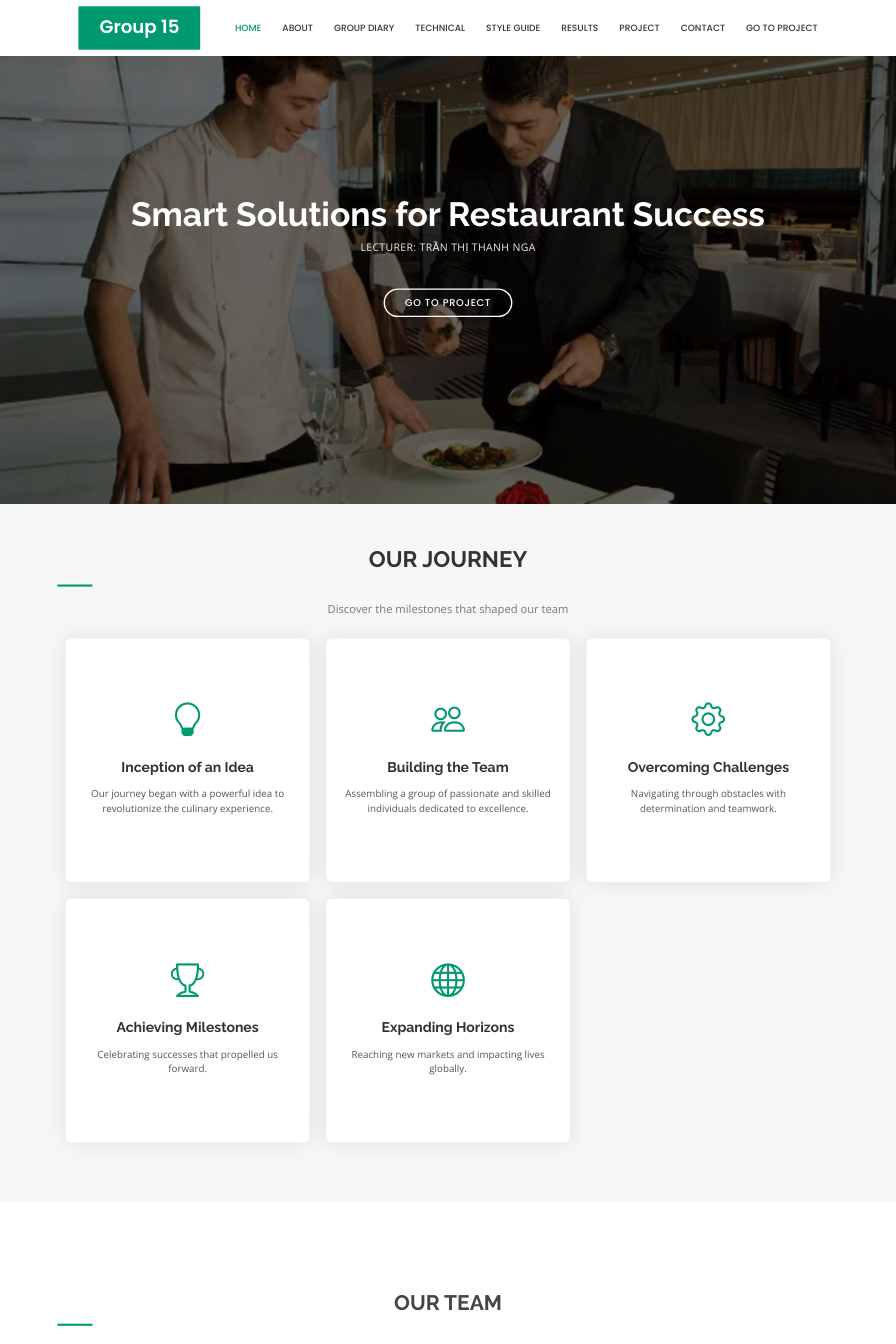
Repository: HoangKhangKhuPho4/Group_Web
Page: index.html
An editor plug-in stored every save of this project. The page is shown before and after the next save, followed by the edit.
The browser window is 1280 px wide. The pictures show the part of the page from y = 0 to 1920 px (the page is 2787 px tall), at 70% of full size.
Backgrounds fixed to the window are drawn as part of the page.

Above is the page before, as saved 2024-12-06 15:29:59.

### index.html
<!DOCTYPE html>
<html lang="en">
  <head>
    <!-- Google Tag Manager -->
    <script>
      (function (w, d, s, l, i) {
        w[l] = w[l] || [];
        w[l].push({ "gtm.start": new Date().getTime(), event: "gtm.js" });
        var f = d.getElementsByTagName(s)[0],
          j = d.createElement(s),
          dl = l != "dataLayer" ? "&l=" + l : "";
        j.async = true;
        j.src = "https://www.googletagmanager.com/gtm.js?id=" + i + dl;
        f.parentNode.insertBefore(j, f);
      })(window, document, "script", "dataLayer", "GTM-KP2R47JB");
    </script>
    <!-- End Google Tag Manager -->

    <meta name="google-site-verification" content="EO8Nf8U0RywdH3XDIGdBO9ayEUmYV3Sa4KyZ9BoOK-Y" />
    <meta charset="utf-8" />
    <meta content="width=device-width, initial-scale=1.0" name="viewport" />
    <meta name="google-site-verification" content="NlS1kOlcOLN_zi65x2N4-Xf35p3_Yhxgn-Sx0oEMzRE" />

    <title>Group 15</title>
    <meta content="" name="description" />
    <meta content="" name="keywords" />

    <!-- Favicons -->
    <link href="assets/img/favicon.png" rel="icon" />
    <link href="assets/img/apple-touch-icon.png" rel="apple-touch-icon" />

    <!-- Google Fonts -->
    <link
      href="https://fonts.googleapis.com/css?family=Open+Sans:300,300i,400,400i,600,600i,700,700i|Raleway:300,300i,400,400i,500,500i,600,600i,700,700i|Poppins:300,300i,400,400i,500,500i,600,600i"
      rel="stylesheet"
    />

    <!-- Vendor CSS Files -->
    <link href="assets/vendor/aos/aos.css" rel="stylesheet" />
    <link href="assets/vendor/bootstrap/css/bootstrap.min.css" rel="stylesheet" />
    <link href="assets/vendor/bootstrap-icons/bootstrap-icons.css" rel="stylesheet" />
    <link href="assets/vendor/boxicons/css/boxicons.min.css" rel="stylesheet" />
    <link href="assets/vendor/glightbox/css/glightbox.min.css" rel="stylesheet" />
    <link href="assets/vendor/remixicon/remixicon.css" rel="stylesheet" />
    <link href="assets/vendor/swiper/swiper-bundle.min.css" rel="stylesheet" />

    <!-- Template Main CSS File -->
    <link href="assets/css/style.css" rel="stylesheet" />

    <!-- Custom CSS -->
     <style>

     </style>
    <style></style>
  </head>

  <body>
    <!-- Google Tag Manager (noscript) -->
    <noscript>
      <iframe src="https://www.googletagmanager.com/ns.html?id=GTM-KP2R47JB" height="0" width="0" style="display: none; visibility: hidden"></iframe>
    </noscript>
    <!-- End Google Tag Manager (noscript) -->

    <!-- ======= Header ======= -->
    <header id="header" class="fixed-top d-flex align-items-center">
      <div class="container">
        <div class="header-container d-flex align-items-center justify-content-between">
          <div class="logo">
            <h1 class="text-light">
              <a href="index.html"><span>Group 15</span></a>
            </h1>
          </div>

          <nav id="navbar" class="navbar">
            <ul>
              <li><a class="nav-link scrollto active" href="index.html">Home</a></li>
              <li><a class="nav-link scrollto" href="about.html">About</a></li>
              <li><a class="nav-link scrollto" href="groupDiary.html">Group Diary</a></li>
              <li><a class="nav-link scrollto" href="technical.html">Technical</a></li>
              <li><a class="nav-link scrollto" href="styleguide.html">Style Guide</a></li>
              <li><a class="nav-link scrollto" href="results.html">Results</a></li>
              <li><a class="nav-link scrollto" href="project.html">Project</a></li>
              <li><a class="nav-link scrollto" href="contact.html">Contact</a></li>
            </ul>
            <!-- Bọc nút trong div với lớp cta-container -->
            <div class="cta-container">
              <a href="https://hoangkhangkhupho4.github.io/Project_Web/" target="_blank" class="btn-get-started scrollto">
                Go To Project
              </a>
            </div>
          </nav>

          <!-- .navbar -->
        </div>
        <!-- End Header Container -->
      </div>
    </header>
    <!-- End Header -->

    <!-- Bắt đầu phần nội dung chính -->
    <div class="content-wrap">
      <!-- ======= Hero Section ======= -->
      <section id="hero" class="d-flex align-items-center" style="padding-top: 80px">
        <div class="container text-center position-relative" data-aos="fade-in" data-aos-delay="200">
          <h1>Smart Solutions for Restaurant Success</h1>
          <h2>Lecturer: Trần Thị Thanh Nga</h2>
          <!-- Bọc nút trong div với lớp cta-container -->
          <div class="cta-container">
            <a href="https://hoangkhangkhupho4.github.io/Project_Web/" target="_blank" class="btn-get-started scrollto">
              Go To Project
            </a>
          </div>
        </div>
      </section>
      <!-- End Hero -->

      <main id="main">
        <!-- ======= Our Journey Section ======= -->
        <section id="our-team-story" class="our-team-story">
          <div class="container" data-aos="fade-up">
            <div class="section-title text-center">
              <h2>Our Journey</h2>
              <p>Discover the milestones that shaped our team</p>
            </div>

            <div class="story-container">
              <div class="row">
                <!-- Story Item 1 -->
                <div class="col-lg-4 col-md-6 mb-4">
                  <div class="story-item" data-aos="fade-up" data-aos-delay="100">
                    <div class="icon-box">
                      <div class="icon">
                        <i class="bi bi-lightbulb"></i>
                      </div>
                      <h4 class="title">Inception of an Idea</h4>
                      <p class="description">
                        Our journey began with a powerful idea to revolutionize the culinary experience.
                      </p>
                    </div>
                  </div>
                </div>

                <!-- Story Item 2 -->
                <div class="col-lg-4 col-md-6 mb-4">
                  <div class="story-item" data-aos="fade-up" data-aos-delay="200">
                    <div class="icon-box">
                      <div class="icon">
                        <i class="bi bi-people"></i>
                      </div>
                      <h4 class="title">Building the Team</h4>
                      <p class="description">
                        Assembling a group of passionate and skilled individuals dedicated to excellence.
                      </p>
                    </div>
                  </div>
                </div>

                <!-- Story Item 3 -->
                <div class="col-lg-4 col-md-6 mb-4">
                  <div class="story-item" data-aos="fade-up" data-aos-delay="300">
                    <div class="icon-box">
                      <div class="icon">
                        <i class="bi bi-gear"></i>
                      </div>
                      <h4 class="title">Overcoming Challenges</h4>
                      <p class="description">
                        Navigating through obstacles with determination and teamwork.
                      </p>
                    </div>
                  </div>
                </div>

                <!-- Story Item 4 -->
                <div class="col-lg-4 col-md-6 mb-4">
                  <div class="story-item" data-aos="fade-up" data-aos-delay="400">
                    <div class="icon-box">
                      <div class="icon">
                        <i class="bi bi-trophy"></i>
                      </div>
                      <h4 class="title">Achieving Milestones</h4>
                      <p class="description">
                        Celebrating successes that propelled us forward.
                      </p>
                    </div>
                  </div>
                </div>

                <!-- Story Item 5 -->
                <div class="col-lg-4 col-md-6 mb-4">
                  <div class="story-item" data-aos="fade-up" data-aos-delay="500">
                    <div class="icon-box">
                      <div class="icon">
                        <i class="bi bi-globe"></i>
                      </div>
                      <h4 class="title">Expanding Horizons</h4>
                      <p class="description">
                        Reaching new markets and impacting lives globally.
                      </p>
                    </div>
                  </div>
                </div>
              </div>
            </div>
          </div>
        </section>
        <!-- End Our Journey Section -->

        <!-- ======= Our Team Section ======= -->
        <section id="portfolio-details" class="portfolio-details" style="margin-top: 4%">
          <div class="container">
            <div class="section-title text-center">
              <h2 style="font-size: 30px; padding: 15px 30px">
                <b>OUR TEAM</b>
              </h2>
            </div>

            <div class="row gy-4">
              <div class="col-lg-6">
                <div class="portfolio-details-slider swiper">
                  <div class="swiper-wrapper align-items-center">
                    <div class="swiper-slide">
                      <img src="assets/img/portfolio/portfolio-details-1.jpg" alt="" />
                    </div>

                    <div class="swiper-slide">
                      <img src="assets/img/portfolio/portfolio-details-2.jpg" alt="" />
                    </div>

                    <div class="swiper-slide">
                      <img src="assets/img/portfolio/portfolio-details-3.jpg" alt="" />
                    </div>
                  </div>
                  <div class="swiper-pagination"></div>
                </div>
              </div>

              <div class="col-lg-6">
                <div class="portfolio-info">
                  <h3>Group Information</h3>
                  <ul>
                    <li><strong>Group Name</strong>: Group 15</li>
                    <li><strong>Number of Members</strong>: 5 members</li>
                    <li><strong>Specialization</strong>: Information Technology - IT</li>
                    <li><strong>University</strong>: Ho Chi Minh City University of Agriculture and Forestry.</li>
                    <li><strong>Slogan</strong>: "Together we innovate, together we succeed."</li>
                  </ul>
                </div>
              </div>
            </div>
          </div>
        </section>
        <!-- End Our Team Section -->
      </main>
      <!-- End #main -->
    </div>
    <!-- Kết thúc phần nội dung chính -->

    <!-- ======= Footer ======= -->
    <footer id="footer">
      <!-- ... (giữ nguyên nội dung footer) ... -->
      <div class="footer-container">
        <div class="footer-column">
          <h4>About Us</h4>
          <p>
            We are a team of passionate individuals dedicated to delivering the
            best services to our clients. Our mission is to provide innovative
            solutions and exceptional customer service.
          </p>
        </div>
        <div class="footer-column">
          <h4>Useful Links</h4>
          <ul>
            <li><a href="index.html">Home</a></li>
            <li><a href="about.html">About Us</a></li>
            <li><a href="services.html">Services</a></li>
            <li><a href="terms.html">Terms of Service</a></li>
            <li><a href="privacy.html">Privacy Policy</a></li>
          </ul>
        </div>
        <div class="footer-column">
          <h4>Services</h4>
          <ul>
            <li><a href="#">Web Design</a></li>
            <li><a href="#">Web Development</a></li>
            <li><a href="#">Marketing</a></li>
            <li><a href="#">Graphic Design</a></li>
            <li><a href="#">Technical Support</a></li>
          </ul>
        </div>
        <div class="footer-column">
          <h4>Contact Us</h4>
          <p>
            123 ABC Street, XYZ District<br />
            City, Country<br />
            Phone: +84 123 456 789<br />
            Email: info@example.com
          </p>
        </div>
      </div>
      <div class="footer-bottom">
        <div class="container d-md-flex py-4">
          <div class="me-md-auto text-center text-md-start">
            <div class="copyright">
              &copy; Copyright <strong><span>Group 15</span></strong>. All Rights Reserved
            </div>
            <div class="credits">Designed by <a href="#">Group 15</a></div>
          </div>
          <div class="social-links text-center text-md-right pt-3 pt-md-0">
            <a href="#" class="twitter" title="Twitter"><i class="bx bxl-twitter"></i></a>
            <a href="#" class="facebook" title="Facebook"><i class="bx bxl-facebook"></i></a>
            <a href="#" class="instagram" title="Instagram"><i class="bx bxl-instagram"></i></a>
            <a href="#" class="google-plus" title="Skype"><i class="bx bxl-skype"></i></a>
            <a href="#" class="linkedin" title="LinkedIn"><i class="bx bxl-linkedin"></i></a>
          </div>
        </div>
      </div>
    </footer>
    <!-- End Footer -->

    <!-- Back to Top -->
    <a href="#" class="back-to-top d-flex align-items-center justify-content-center"><i class="bi bi-arrow-up-short"></i></a>

    <!-- Vendor JS Files -->
    <script src="assets/vendor/aos/aos.js"></script>
    <script src="assets/vendor/bootstrap/js/bootstrap.bundle.min.js"></script>
    <script src="assets/vendor/purecounter/purecounter.js"></script>
    <script src="assets/vendor/glightbox/js/glightbox.min.js"></script>
    <script src="assets/vendor/isotope-layout/isotope.pkgd.min.js"></script>
    <script src="assets/vendor/swiper/swiper-bundle.min.js"></script>
    <!-- Template Main JS File -->
    <script src="assets/js/main.js"></script>

    <!-- Initialize AOS -->
    <script>
      AOS.init({
        duration: 1000,
        once: true,
      });
    </script>
  </body>
</html>

Loaded but not shown: assets/vendor/aos/aos.css (library); assets/vendor/bootstrap/css/bootstrap.min.css (library); assets/vendor/bootstrap-icons/bootstrap-icons.css (library); assets/vendor/boxicons/css/boxicons.min.css (library); assets/vendor/glightbox/css/glightbox.min.css (library); assets/vendor/remixicon/remixicon.css (library); assets/vendor/swiper/swiper-bundle.min.css (library); assets/vendor/aos/aos.js (library); assets/vendor/bootstrap/js/bootstrap.bundle.min.js (library); assets/vendor/purecounter/purecounter.js (library); assets/vendor/glightbox/js/glightbox.min.js (library); assets/vendor/isotope-layout/isotope.pkgd.min.js (library); assets/vendor/swiper/swiper-bundle.min.js (library); assets/js/main.js (252 lines, source omitted); assets/css/style.css (862 lines, source omitted)

After the next save:
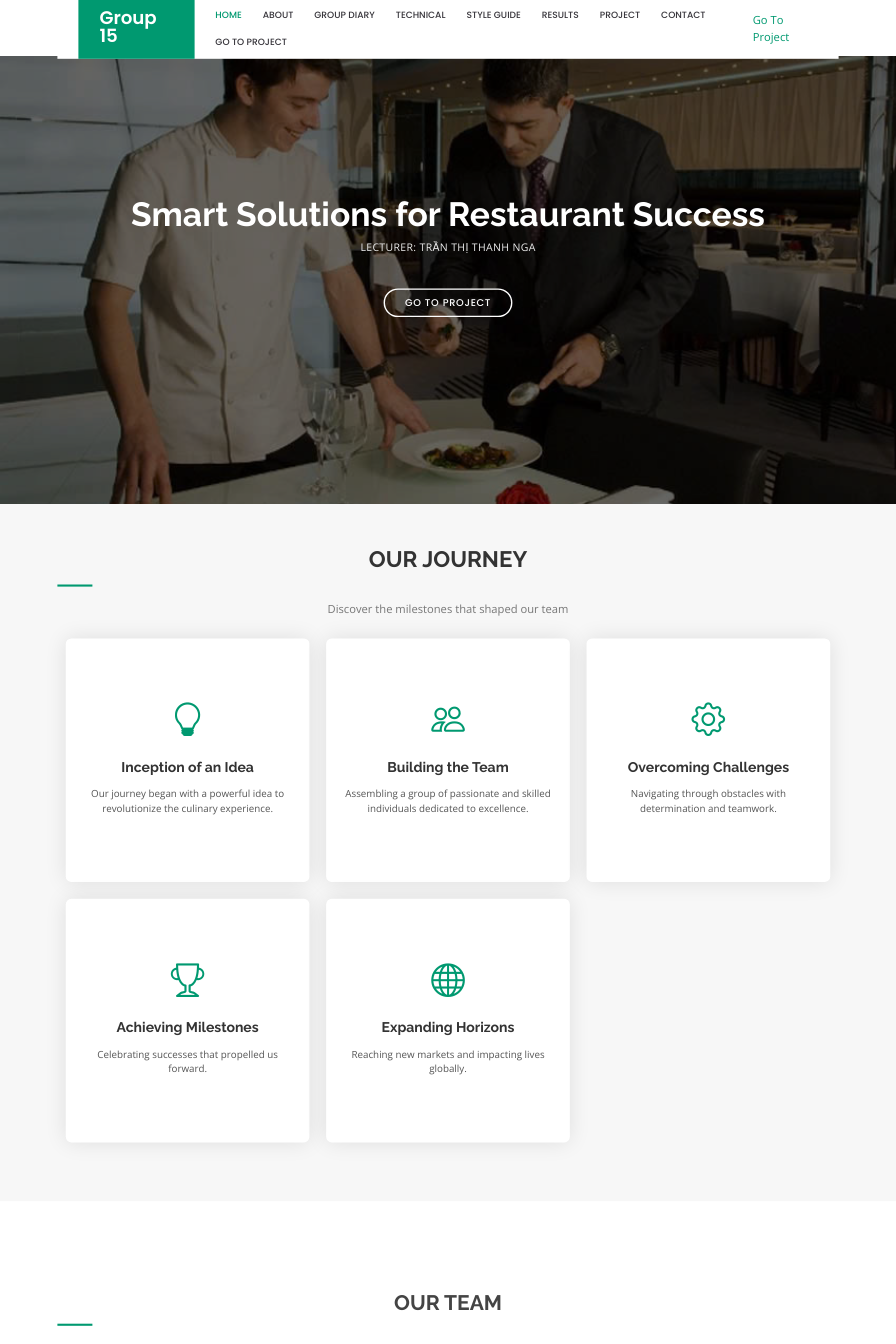
Saved 27 s later.
--- a/index.html
+++ b/index.html
@@ -89,7 +89,11 @@
               </a>
             </div>
           </nav>
-
+          <div class="cta-container">
+            <a href="https://hoangkhangkhupho4.github.io/Project_Web/" target="_blank" class="btn-get-started scrollto">
+              Go To Project
+            </a>
+          </div>
           <!-- .navbar -->
         </div>
         <!-- End Header Container -->
